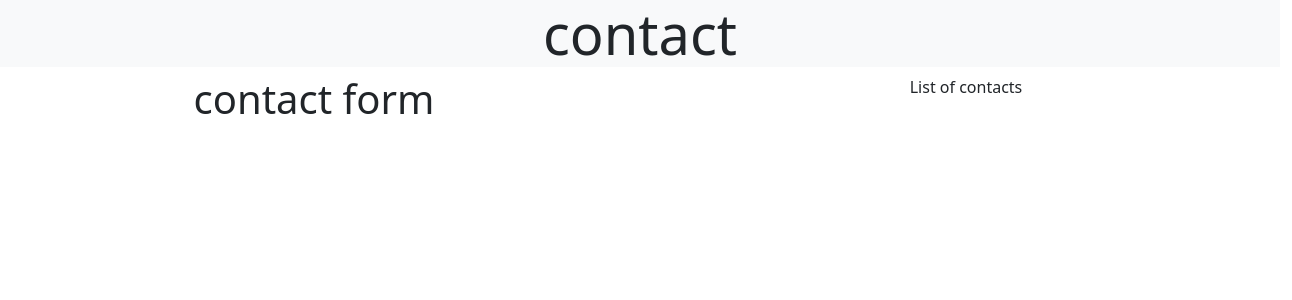
Repository: sahil801/my-react
Page: / (app in finalassignment/)
These files come from the project's save history. The page is drawn as it stood at one moment and after the next save; the edit follows.
The browser window is 1280 px wide. The page is 1292 px wide, so the pictures cover 1292 px, including what lies to the right of the window. The pictures show the whole page.
The project was rebuilt for these pictures with package versions that can differ from the ones it lists, and the page was loaded fresh each time.

Above is the page before, as saved 2021-10-28 12:18:44.

### finalassignment/src/index.js
import React from 'react';
import ReactDOM from 'react-dom';
import './index.css';
import App from './App';
import reportWebVitals from './reportWebVitals';
import 'bootstrap/dist/css/bootstrap.min.css';

ReactDOM.render(
  <React.StrictMode>
    <App />
  </React.StrictMode>,
  document.getElementById('root')
);
reportWebVitals();

### finalassignment/src/App.js
import './App.css';
import Contacts from './components/contacts';
function App() {
  return (
    <div className="App">
      <Contacts/>
    </div>
  );
}

export default App;

### finalassignment/src/components/contacts.js
import React from 'react'
import Contactform from './contactform';

export default function Contacts() {
    return (
        <>
        <div className="bg-light p-t-20 p-b-60">
            <div className="container p-250">
                <h1 className="display-4">contact</h1>
            </div>
        </div>
        <div className="row mt-10">
            <div className="col md-5">
                <Contactform/>
            </div>
            <div className="col md-7">
                <div>List of contacts</div>
            </div>
        </div>
        </>
    )
}

### finalassignment/src/components/contactform.js
import React from 'react'

export default function Contactform() {
    return (
        <div>
            <h1>contact form</h1>
        </div>
    )
}

Loaded but not shown: finalassignment/public/index.html (common file); finalassignment/src/index.css (common file); finalassignment/src/reportWebVitals.js (common file); finalassignment/src/App.css (common file)

After the next save:
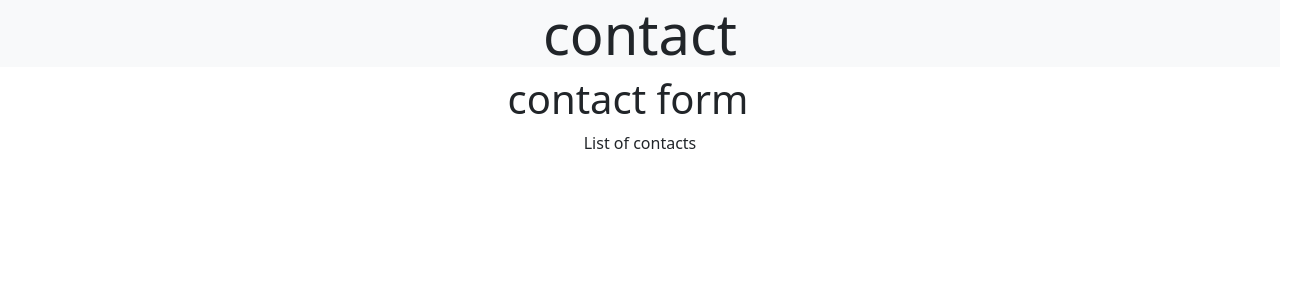
Saved 23 s later.
--- a/finalassignment/src/components/contacts.js
+++ b/finalassignment/src/components/contacts.js
@@ -10,7 +10,7 @@
             </div>
         </div>
         <div className="row mt-10">
-            <div className="col md-5">
+            <div className="row md-5">
                 <Contactform/>
             </div>
             <div className="col md-7">

After the save that followed:
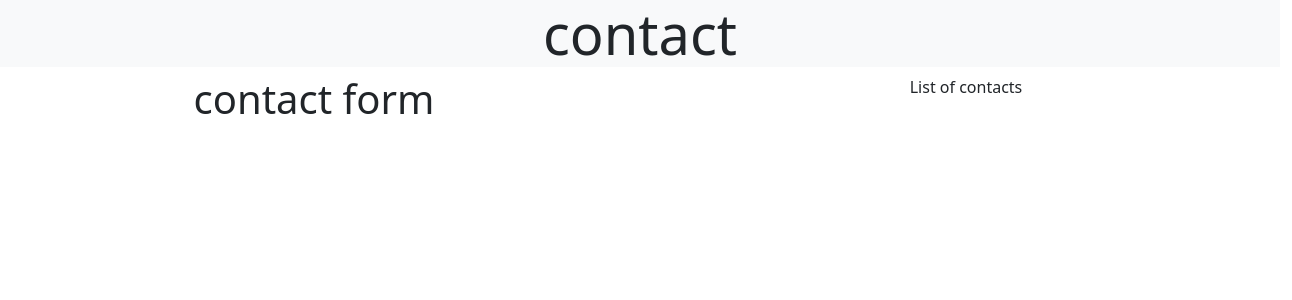
Saved 12 s later.
--- a/finalassignment/src/components/contacts.js
+++ b/finalassignment/src/components/contacts.js
@@ -10,7 +10,7 @@
             </div>
         </div>
         <div className="row mt-10">
-            <div className="row md-5">
+            <div className="col md-5">
                 <Contactform/>
             </div>
             <div className="col md-7">
